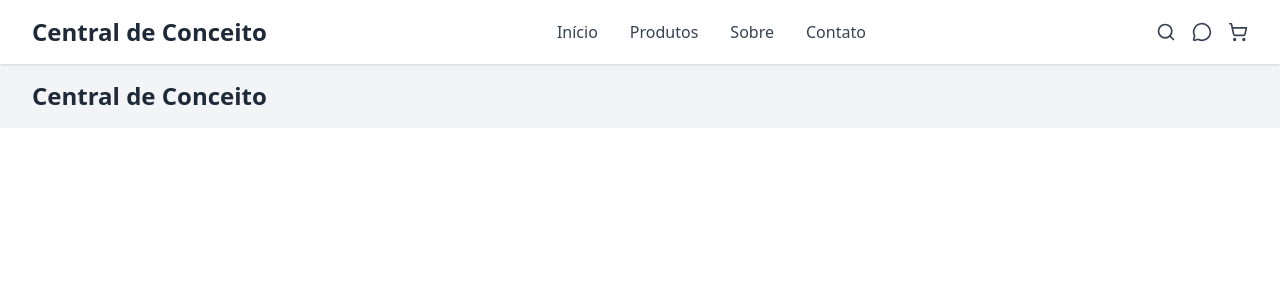
Repository: estevam02009/jh-softwares
Page: /
An editor plug-in stored every save of this project. The page is shown before and after the next save, followed by the edit.
The browser window is 1280 px wide. The pictures show the whole page.
The project was rebuilt for these pictures with package versions that can differ from the ones it lists, and the page was loaded fresh each time. Also part of the build but not shown: vite.config.ts.

Above is the page before, as saved 2025-08-03 09:14:14.

After the next save:
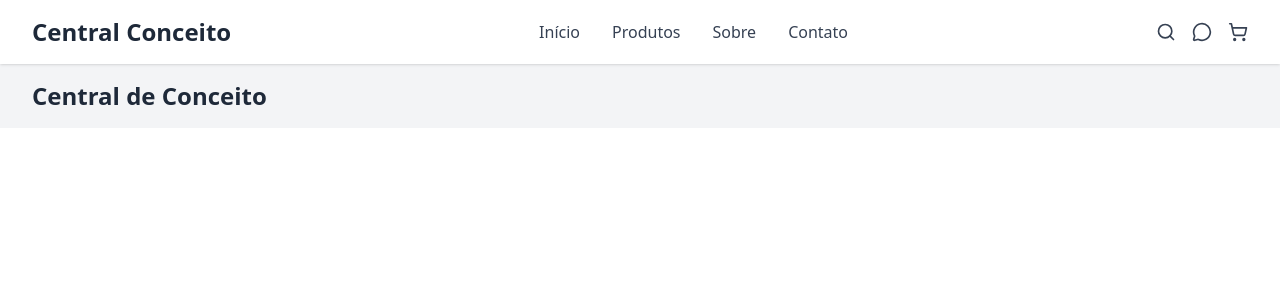
Saved 14 s later.
--- a/src/components/Header.tsx
+++ b/src/components/Header.tsx
@@ -14,7 +14,7 @@
                 <div className="flex items-center justify-between h-16">
                     {/* LOGO */}
                     <div className="flex-shrink-0">
-                        <h1 className="text-2xl font-bold text-gray-800">Central de Conceito</h1>
+                        <h1 className="text-2xl font-bold text-gray-800">Central Conceito</h1>
                     </div>
 
                     {/* NAVIGATION */}
